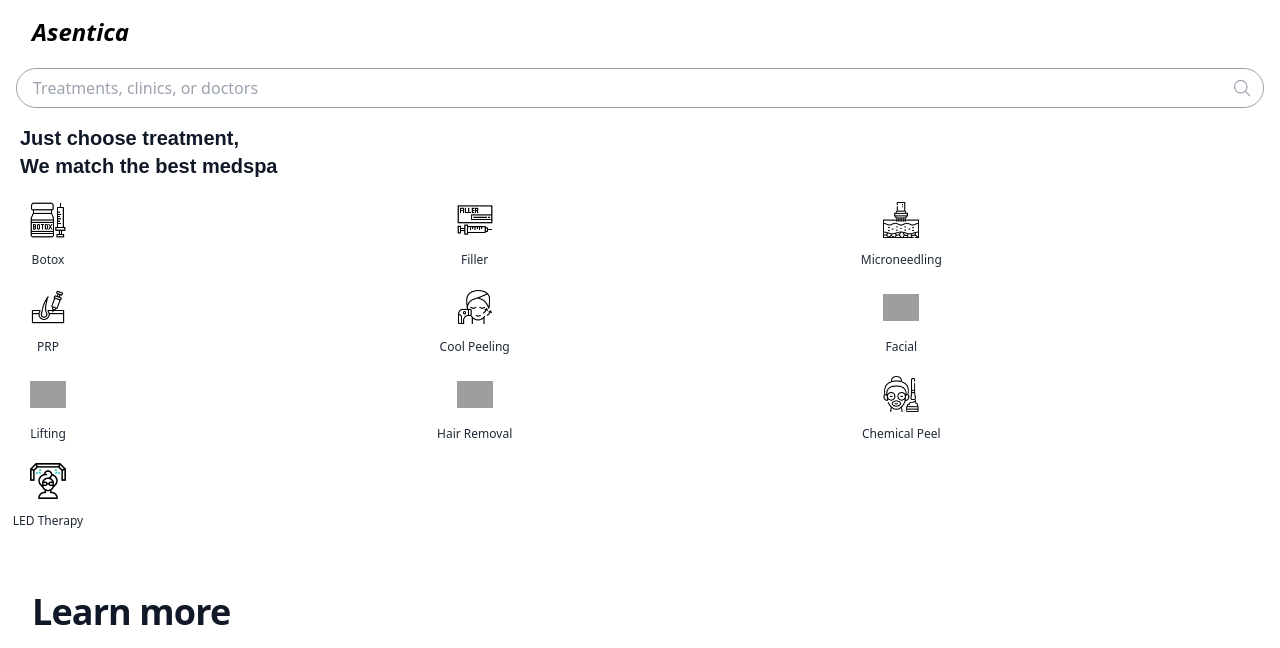
Repository: jungkeunhong/asentica_3rd
Page: /
The author's editor kept a copy of each file at every save. The page is drawn from the files as they stood at one save, then again after the next save.
The browser window is 1280 px wide. The pictures show the part of the page from y = 0 to 648 px (the page is 2040 px tall before and 2008 px after).
Pictures or frames that could not be fetched are drawn as grey boxes. Some web fonts or font styles are not loaded; a fallback is used. The project was rebuilt for these pictures with package versions that can differ from the ones it lists, and the page was loaded fresh each time. The framework's server and built-in components were replaced by stand-ins that run in the browser. Also part of the build but not shown: next.config.js.

Above is the page before, as saved 2025-02-26 00:19:21.

### src/app/layout.tsx
import type { Metadata } from "next";
import { Gotu, Geist, Geist_Mono } from "next/font/google";
import "./globals.css";

const geistSans = Geist({
  subsets: ['latin'],
  variable: '--font-geist-sans',
});

const geistMono = Geist_Mono({
  subsets: ['latin'],
  variable: '--font-geist-mono',
});

const gotu = Gotu({
  weight: '400',
  subsets: ['latin'],
  variable: '--font-gotu',
});

export const metadata: Metadata = {
  title: 'Asentica - Find Your Perfect Medical Spa',
  description: 'Discover and book the best medical spa treatments near you.',
};

export default function RootLayout({
  children,
}: {
  children: React.ReactNode;
}) {
  return (
    <html lang="en">
      <head>
        <meta name="viewport" content="width=device-width, initial-scale=1.0, maximum-scale=1.0, user-scalable=no" />
      </head>
      <body
        className={`${geistSans.variable} ${geistMono.variable} antialiased ${gotu.variable}`}
      >
        <div className="">
          <div className="min-h-screen flex flex-col">
            <main className="flex-grow">{children}</main>
          </div>
        </div>
        <div className="pt-16">
          <div className="min-h-screen flex flex-col">
            <main className="flex-grow">{children}</main>
          </div>
        </div>
      </body>
    </html>
  );
}

### src/app/page.tsx
import Navbar from '@/components/Navbar';
import SearchBar from '@/components/SearchBar';
import CategoryGrid from '@/components/CategoryGrid';
import FeaturedTreatments from '@/components/FeaturedTreatments';

export default function Home() {
  return (
    <>
      <Navbar />
      <main className="min-h-screen bg-white pt-5">
        <div className="max-w-7xl mx-auto">
          <div className="bg-white py-8">
            <SearchBar />
            <CategoryGrid />
          </div>
          <FeaturedTreatments />
        </div>
      </main>
    </>
  );
}

### src/app/globals.css
@tailwind base;
@tailwind components;
@tailwind utilities;
@import url('https://fonts.googleapis.com/css2?family=Gotu&display=swap');

h1, h2, h3 {
  font-family: 'Gotu', sans-serif;
}

p, button, input, span {
  font-family: system-ui, sans-serif;
}

:root {
  --background: #ffffff;
  --foreground: #171717;
}

@media (prefers-color-scheme: dark) {
  :root {
    --background: #0a0a0a;
    --foreground: #ededed;
  }
}

body {
  color: var(--foreground);
  background: var(--background);
  font-family: Arial, Helvetica, sans-serif;
}

/* Hide scrollbar for Chrome, Safari and Opera */
.hide-scrollbar::-webkit-scrollbar {
  display: none;
}

/* Hide scrollbar for IE, Edge and Firefox */
.hide-scrollbar {
  -ms-overflow-style: none;  /* IE and Edge */
  scrollbar-width: none;  /* Firefox */
}

### src/components/Navbar.tsx
'use client';

import Link from 'next/link';

export default function Navbar() {
  return (
    <nav className="fixed top-0 w-full bg-white z-50">
      <div className="max-w-7xl mx-auto px-4 sm:px-8 lg:px-8">
        <div className="font-extrabold flex justify-between h-16 items-center">
          <Link href="/" className="flex items-center">
            <span className="cormorant text-2xl italic text-black">Asentica</span>
          </Link>
        </div>
      </div>
    </nav>
  );
}

### src/components/SearchBar.tsx
'use client';

import { useState } from 'react';
import { MagnifyingGlassIcon, XMarkIcon } from '@heroicons/react/24/outline';
import { useRouter } from 'next/navigation';

interface SearchBarProps {
  initialValue?: string;
  className?: string;
  onSearch?: (value: string) => void;
}

const SearchBar = ({ initialValue = '', className = '', onSearch }: SearchBarProps) => {
  const [searchTerm, setSearchTerm] = useState(initialValue);
  const router = useRouter();

  const handleSubmit = (e: React.FormEvent) => {
    e.preventDefault();
    const trimmedTerm = searchTerm.trim();
    if (trimmedTerm) {
      if (onSearch) {
        onSearch(trimmedTerm);
      } else {
        router.push(`/search?q=${encodeURIComponent(trimmedTerm)}`);
      }
    }
  };

  const handleChange = (e: React.ChangeEvent<HTMLInputElement>) => {
    const value = e.target.value;
    setSearchTerm(value);
    if (onSearch) {
      onSearch(value);
    }
  };

  const clearSearch = () => {
    setSearchTerm('');
    if (onSearch) {
      onSearch('');
    }
  };

  return (
    <form onSubmit={handleSubmit} className={`relative mx-4 mt-4 ${className}`}>
      <div className="relative flex items-center">
        <input
          type="text"
          value={searchTerm}
          onChange={handleChange}
          placeholder="Treatments, clinics, or doctors"
          className="w-full h-10 pl-4 pr-12 bg-white rounded-3xl border border-gray-400 focus:outline-none focus:border-primary-500 text-base"
          style={{ fontSize: '16px' }}
        />
        <div className="absolute right-0 flex items-center pr-3 space-x-2">
          {searchTerm && (
            <button
              type="button"
              onClick={clearSearch}
              className="p-1 text-gray-400 hover:text-gray-600"
            >
              <XMarkIcon className="w-5 h-5" />
            </button>
          )}
          {!searchTerm && (
            <MagnifyingGlassIcon className="w-5 h-5 text-gray-400" />
          )}
        </div>
      </div>
    </form>
  );
};

export default SearchBar;

### src/components/CategoryGrid.tsx
'use client';

import React from 'react';
import { useRouter } from 'next/navigation';
import Image from 'next/image';

const categories = [
  { id: 1, name: 'Botox', image: 'botox.png'  },
  { id: 2, name: 'Filler', image: 'filler.png' },
  { id: 3, name: 'Microneedling', image: 'microneedling.png' },
  { id: 4, name: 'PRP', image: 'prp.png' },
  { id: 5, name: 'Cool Peeling', image: 'cool-peeling.png' },
  { id: 6, name: 'Facial', image: 'facial.png' },
  { id: 7, name: 'Lifting', image: 'lifting.png' },
  { id: 8, name: 'Hair Removal', image: 'hair-removal.png' },
  { id: 9, name: 'Chemical Peel', image: 'chemical-peel.png' },
  { id: 10, name: 'LED Therapy', image: 'led-therapy.png' },
];

const CategoryGrid = () => {
  const router = useRouter();

  const handleCategoryClick = (name: string) => {
    router.push(`/search?q=${encodeURIComponent(name.toLowerCase())}`);
  };

  return (
    <div className="py-4">
      <h2 className="cormorant text-xl font-extrabold mb-4 text-gray-900 pl-5">Just choose treatment,<br />We match the best medspa</h2>
      <div className="overflow-x-auto pb-2 hide-scrollbar">
        <div className="grid grid-rows-3 grid-cols-3 gap-y-4">
          {categories.map((category) => (
            <button
              key={category.id}
              onClick={() => handleCategoryClick(category.name)}
              className="flex flex-col items-center w-24"
            >
              <div className="w-12 h-12 flex items-center justify-center bg-white rounded-full hover:shadow-lg transition-colors">
                <Image
                  src={`/icons/${category.image}`}
                  alt={category.name}
                  width={36}
                  height={36}
                />
              </div>
              <span className="text-[12px] text-gray-800 text-center leading-tight mt-2">{category.name}</span>
            </button>
          ))}
        </div>
      </div>
    </div>
  );
};

export default CategoryGrid;

### src/components/FeaturedTreatments.tsx
'use client';

import Image from 'next/image';
import { useRouter } from 'next/navigation';

const treatments = [
  {
    id: 'botox',
    title: 'Botox',
    image: 'https://plus.unsplash.com/premium_photo-1661769358914-1d33c22bd7ba?w=500&auto=format&fit=crop&q=60&ixlib=rb-4.0.3&ixid=M3wxMjA3fDB8MHxzZWFyY2h8MXx8Ym90b3h8ZW58MHx8MHx8fDA%3D',
    description: 'Natural wrinkle improvement and prevention...more',
    searchKeyword: 'botox'
  },
  {
    id: 'filler',
    title: 'Filler',
    image: 'https://plus.unsplash.com/premium_photo-1719617673012-4b121052cc8f?w=500&auto=format&fit=crop&q=60&ixlib=rb-4.0.3&ixid=M3wxMjA3fDB8MHxzZWFyY2h8MTd8fGZpbGxlcnxlbnwwfHwwfHx8MA%3D%3D',
    description: 'Natural volume and contour improvement...more',
    searchKeyword: 'filler'
  },
  {
    id: 'microneedling',
    title: 'Microneedling',
    image: 'https://media.istockphoto.com/id/1731969249/ko/%EC%82%AC%EC%A7%84/%EB%85%B8%ED%99%94-%EB%B0%A9%EC%A7%80-%ED%81%B4%EB%A6%AC%EB%8B%89%EC%97%90%EC%84%9C-%EC%A3%BC%EB%A6%84%EA%B3%BC-%ED%9D%89%ED%84%B0%EB%A5%BC-%EC%A4%84%EC%9D%B4%EA%B8%B0-%EC%9C%84%ED%95%B4-%EC%84%B1%EC%9D%B8-%EB%82%A8%EC%84%B1%EA%B3%BC-%ED%95%A8%EA%BB%98-%EB%A0%88%EC%9D%B4%EC%A0%80-%ED%91%9C%EB%A9%B4-%EC%B2%98%EB%A6%AC-%EC%96%BC%EA%B5%B4-%EC%8A%A4%ED%82%A8-%EC%BC%80%EC%96%B4-%EC%B9%98%EB%A3%8C-%EA%B8%B0%EC%88%A0%EC%9D%84-%EC%82%AC%EC%9A%A9%ED%95%98%EB%8A%94-%ED%94%BC%EB%B6%80-%EC%9D%98%EC%82%AC.webp?a=1&b=1&s=612x612&w=0&k=20&c=019vxc5s4SAycLCyiZC078IFtJvhqseZyHse_A9stbU=',
    description: 'Boost collagen, smooth texture, and reduce scars...more',
    searchKeyword: 'microneedling'
  },
];

const FeaturedTreatments = () => {
  const router = useRouter();

  const handleTreatmentClick = (treatmentId: string) => {
    router.push(`/treatment/${treatmentId}`);
  };

  return (
    <div className="bg-white">
      <div className="max-w-7xl mx-auto px-4 sm:px-6 lg:px-8">
        <div className="lg:text-left">
          <p className="cormorant mt-2 text-2xl leading-8 font-extrabold tracking-tight text-gray-900 sm:text-4xl">
            Learn more
          </p>
        </div>
        <div className="mt-8">
          <div className="grid grid-cols-1 gap-8 sm:grid-cols-2 lg:grid-cols-3">
            {treatments.map((treatment) => (
              <div
                key={treatment.id}
                className="cursor-pointer group"
                onClick={() => handleTreatmentClick(treatment.id)}
              >
                <div className="relative h-36 w-full overflow-hidden rounded-lg bg-white group-hover:opacity-75 sm:h-64">
                  <Image
                    src={treatment.image}
                    alt={treatment.title}
                    fill
                    className="object-cover object-center"
                  />
                </div>
                <h3 className="cormorant mt-4 text-xl font-extrabold text-gray-900">{treatment.title}</h3>
                <p className="mt-1 text-sm text-gray-500">{treatment.description}</p>
              </div>
            ))}
          </div>
        </div>
      </div>
    </div>
  );
};

export default FeaturedTreatments;

Loaded but not shown: tailwind.config.ts (common file)

After the next save:
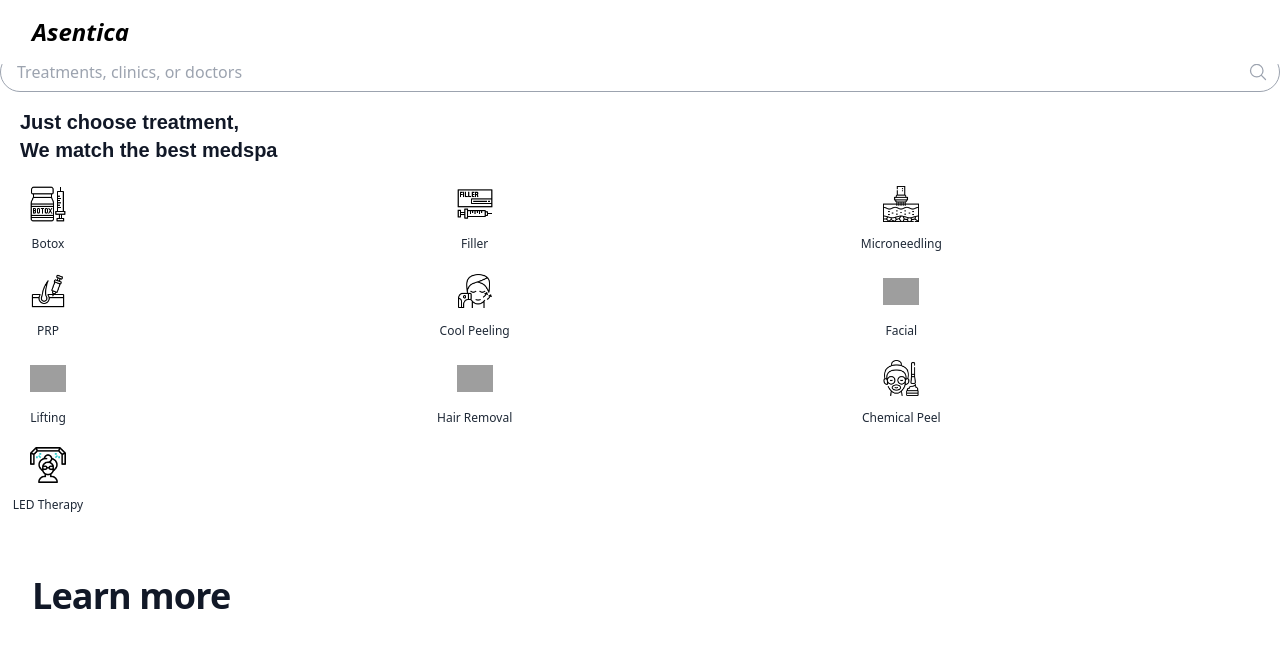
Saved 3 min 19 s later.
--- a/src/components/SearchBar.tsx
+++ b/src/components/SearchBar.tsx
@@ -42,7 +42,7 @@ const SearchBar = ({ initialValue = '', className = '', onSearch }: SearchBarPro
   };
 
   return (
-    <form onSubmit={handleSubmit} className={`relative mx-4 mt-4 ${className}`}>
+    <form onSubmit={handleSubmit} className={`relative ${className}`}>
       <div className="relative flex items-center">
         <input
           type="text"
